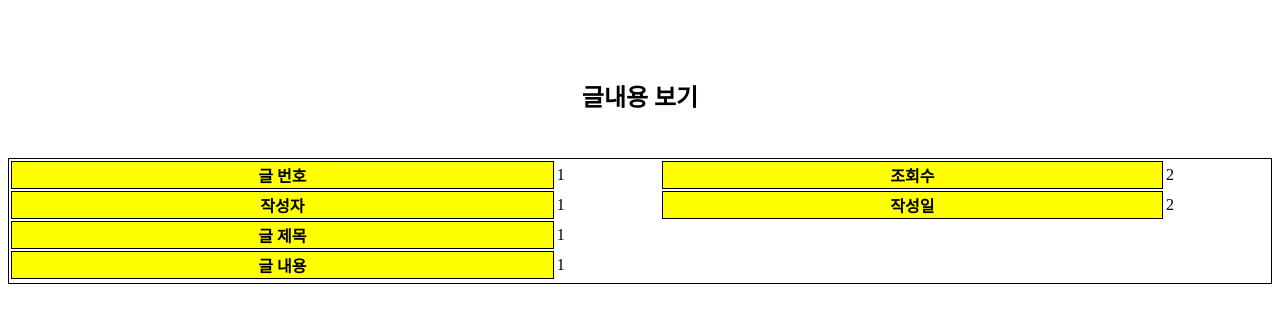
Repository: dlswn666/SpringStudy
Page: http://localhost/boardMVC/WEB-INF/jsp/board/context.jsp
The author's editor kept a copy of each file at every save. The page is drawn from the files as they stood at one save, then again after the next save.
The browser window is 1280 px wide. The pictures show the whole page.
The page is served by Tomcat 9. Nobody is signed in. The template is opened directly, without the code that normally fills it, so the values that code supplies are empty.

Above is the page before, as saved 2021-02-28 06:02:29.

After the next save:
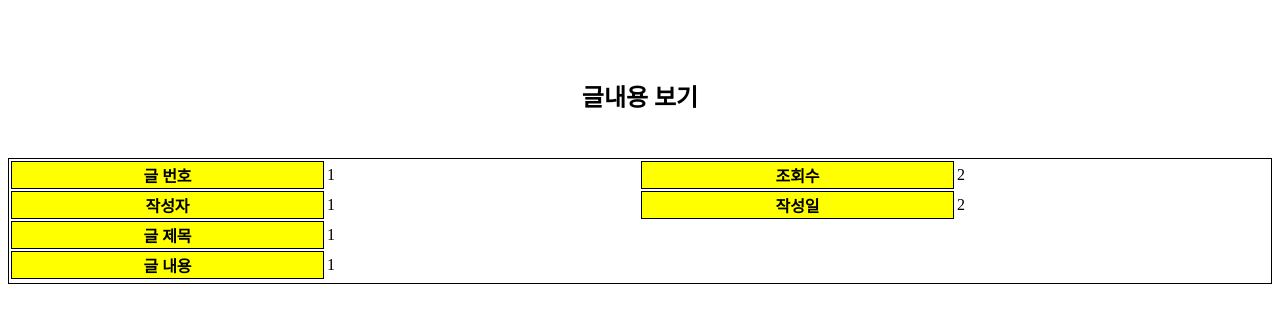
Saved 34 s later.
--- a/boardMVC/WebContent/WEB-INF/jsp/board/context.jsp
+++ b/boardMVC/WebContent/WEB-INF/jsp/board/context.jsp
@@ -19,6 +19,7 @@
 	th{
 		border: 1px solid black;
 		background-color: yellow;
+		width: 25%;
 	}
 </style>
 
